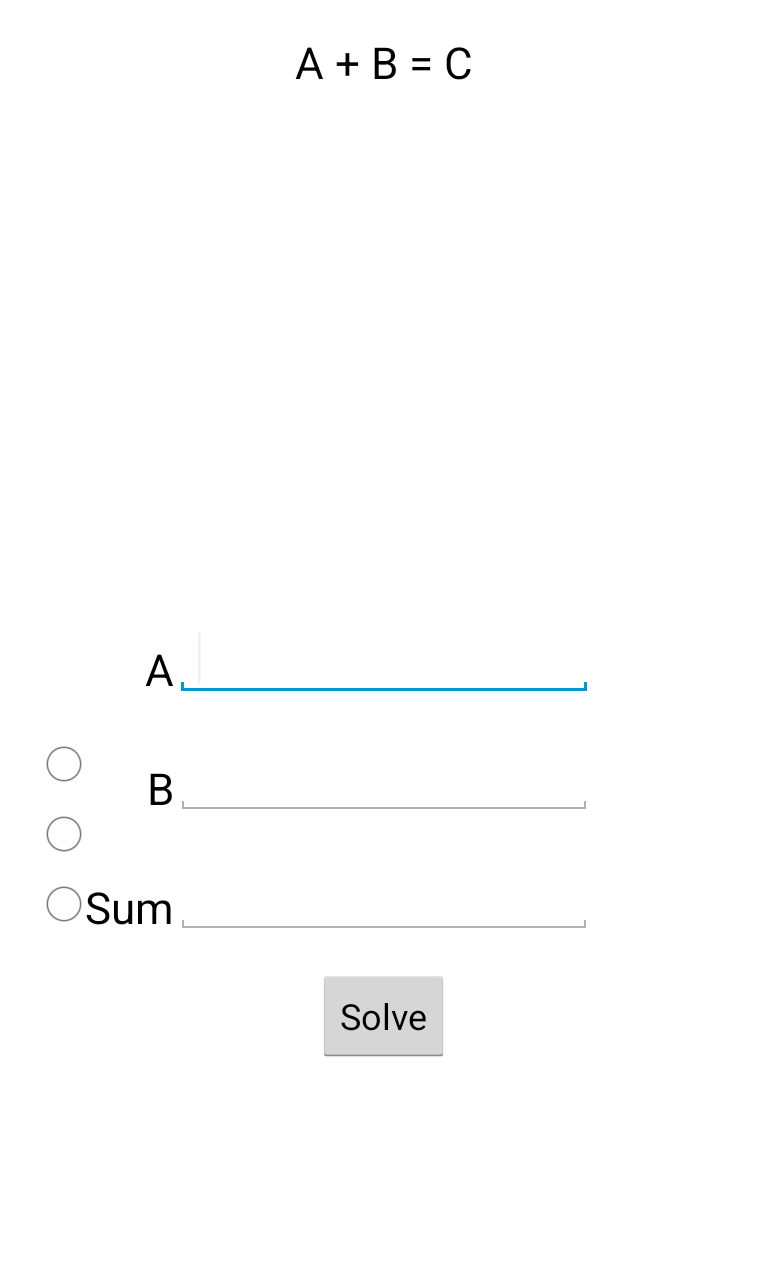
Repository: dtri123/Equation-Station
Layout: TheEquationStation/res/layout/addition_page.xml
These files come from the project's save history. The layout is drawn as it stood at one moment and after the next save; the edit follows.
It is drawn on a 768 x 1280 px phone screen (xhdpi) without system bars, with theme AppTheme; the app's code is not run.

Above is the layout before, as saved 2013-07-18 17:20:00.

### TheEquationStation/res/layout/addition_page.xml
<?xml version="1.0" encoding="utf-8"?>
<RelativeLayout xmlns:android="http://schemas.android.com/apk/res/android"
    xmlns:tools="http://schemas.android.com/tools"
    android:layout_width="match_parent"
    android:layout_height="match_parent"
    android:paddingBottom="@dimen/activity_vertical_margin"
    android:paddingLeft="@dimen/activity_horizontal_margin"
    android:paddingRight="@dimen/activity_horizontal_margin"
    android:paddingTop="@dimen/activity_vertical_margin"
    tools:context=".Addition_Page" >

     <Button
        android:id="@+id/add_button"
        android:layout_width="wrap_content"
        android:layout_height="wrap_content"
        android:layout_alignParentBottom="true"
        android:layout_centerHorizontal="true"
        android:layout_marginBottom="92dp"
        android:text="Solve" />

    <TextView
        android:id="@+id/textView1"
        android:layout_width="wrap_content"
        android:layout_height="wrap_content"
        android:layout_centerHorizontal="true"
        android:text="A + B = C"
        android:textAppearance="?android:attr/textAppearanceLarge" />

    <RadioGroup
        android:id="@+id/group1"
        android:layout_width="fill_parent"
        android:layout_height="wrap_content"
        android:layout_alignBottom="@+id/editText_AddSum"
        android:layout_toRightOf="@+id/editText3"
        android:orientation="vertical" >

        <RadioButton
            android:id="@+id/radioButtonAddA"
            android:layout_width="wrap_content"
            android:layout_height="wrap_content" />


		<RadioButton
			android:id="@+id/radioButtonAddB"
			android:layout_width="wrap_content"
			android:layout_height="wrap_content"
			android:layout_marginTop="3dp" />

		<RadioButton
			android:id="@+id/radioButtonSum"
			android:layout_width="wrap_content"
			android:layout_height="wrap_content"
			android:layout_marginTop="3dp"/>
	</RadioGroup>

    <EditText
        android:id="@+id/editText_AddSum"
        android:layout_width="wrap_content"
        android:layout_height="wrap_content"
        android:layout_above="@+id/add_button"
        android:layout_marginBottom="16dp"
        android:layout_centerHorizontal="true"
        android:ems="10"
        android:inputType="numberDecimal" />

    <EditText
        android:id="@+id/editText_AddB"
        android:layout_width="wrap_content"
        android:layout_height="wrap_content"
        android:layout_above="@+id/editText_AddSum"
        android:layout_centerHorizontal="true"
        android:layout_marginBottom="20dp"
        android:ems="10"
        android:inputType="numberDecimal" />

    <TextView
        android:id="@+id/textView4"
        android:layout_width="wrap_content"
        android:layout_height="wrap_content"
        android:layout_alignBottom="@+id/editText_AddB"
        android:layout_toLeftOf="@+id/editText_AddB"
        android:text="B"
        android:textAppearance="?android:attr/textAppearanceLarge" />

    <TextView
        android:id="@+id/textView3"
        android:layout_width="wrap_content"
        android:layout_height="wrap_content"
        android:layout_alignBottom="@+id/editText_AddA"
        android:layout_toLeftOf="@+id/editText_AddA"
        android:text="A"
        android:textAppearance="?android:attr/textAppearanceLarge" />

    <TextView
        android:id="@+id/TextView01"
        android:layout_width="wrap_content"
        android:layout_height="wrap_content"
        android:layout_alignBottom="@+id/editText_AddSum"
        android:layout_toLeftOf="@+id/editText_AddSum"
        android:text="Sum"
        android:textAppearance="?android:attr/textAppearanceLarge" />

    <EditText
        android:id="@+id/editText_AddA"
        android:layout_width="wrap_content"
        android:layout_height="wrap_content"
        android:layout_above="@+id/editText_AddB"
		android:layout_centerHorizontal="true"
        android:layout_marginBottom="20dp"
        android:ems="10"
        android:inputType="numberDecimal" >

        <requestFocus />
    </EditText>

</RelativeLayout>

Loaded but not shown: TheEquationStation/res/values/styles.xml (common file); TheEquationStation/res/values-v11/styles.xml (common file); TheEquationStation/res/values-v14/styles.xml (common file); TheEquationStation/res/values/dimens.xml (common file)

After the next save:
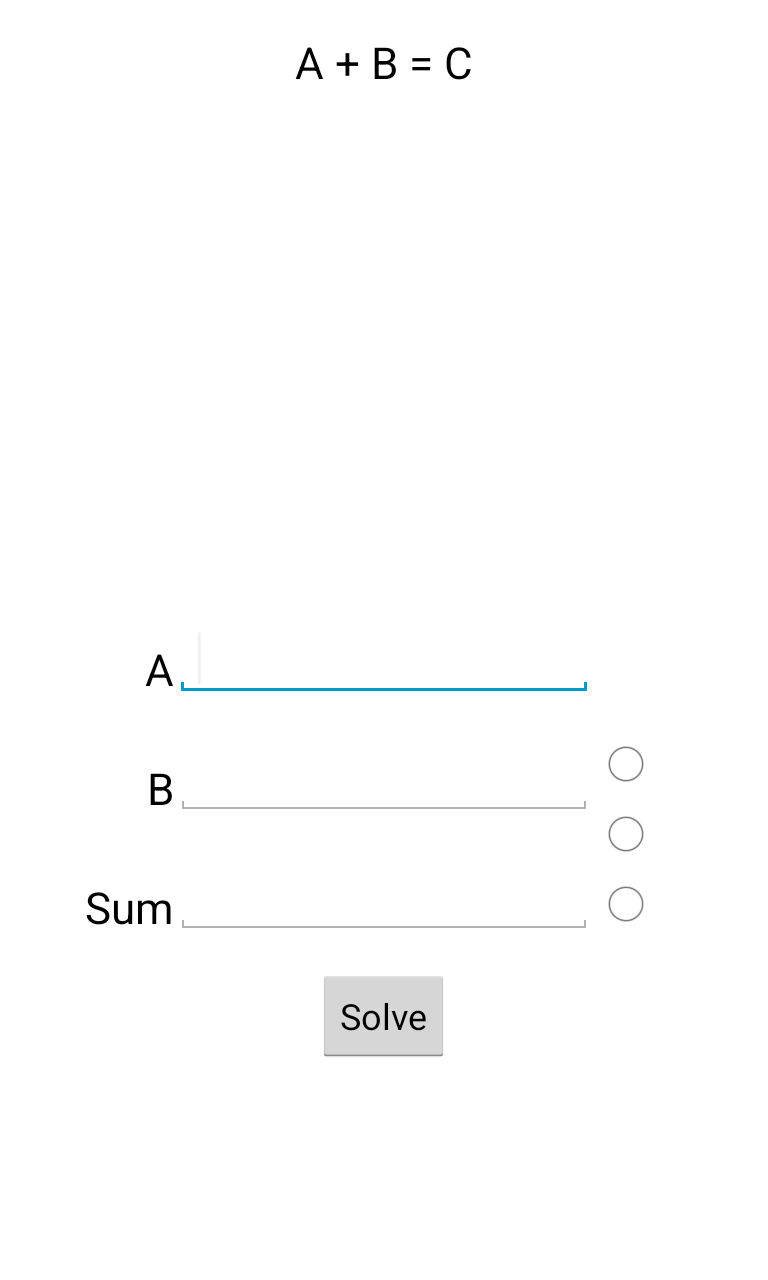
Saved 2 min 38 s later.
--- a/TheEquationStation/res/layout/addition_page.xml
+++ b/TheEquationStation/res/layout/addition_page.xml
@@ -31,7 +31,7 @@
         android:layout_width="fill_parent"
         android:layout_height="wrap_content"
         android:layout_alignBottom="@+id/editText_AddSum"
-        android:layout_toRightOf="@+id/editText3"
+        android:layout_toRightOf="@+id/editText_AddSum"
         android:orientation="vertical" >
 
         <RadioButton
